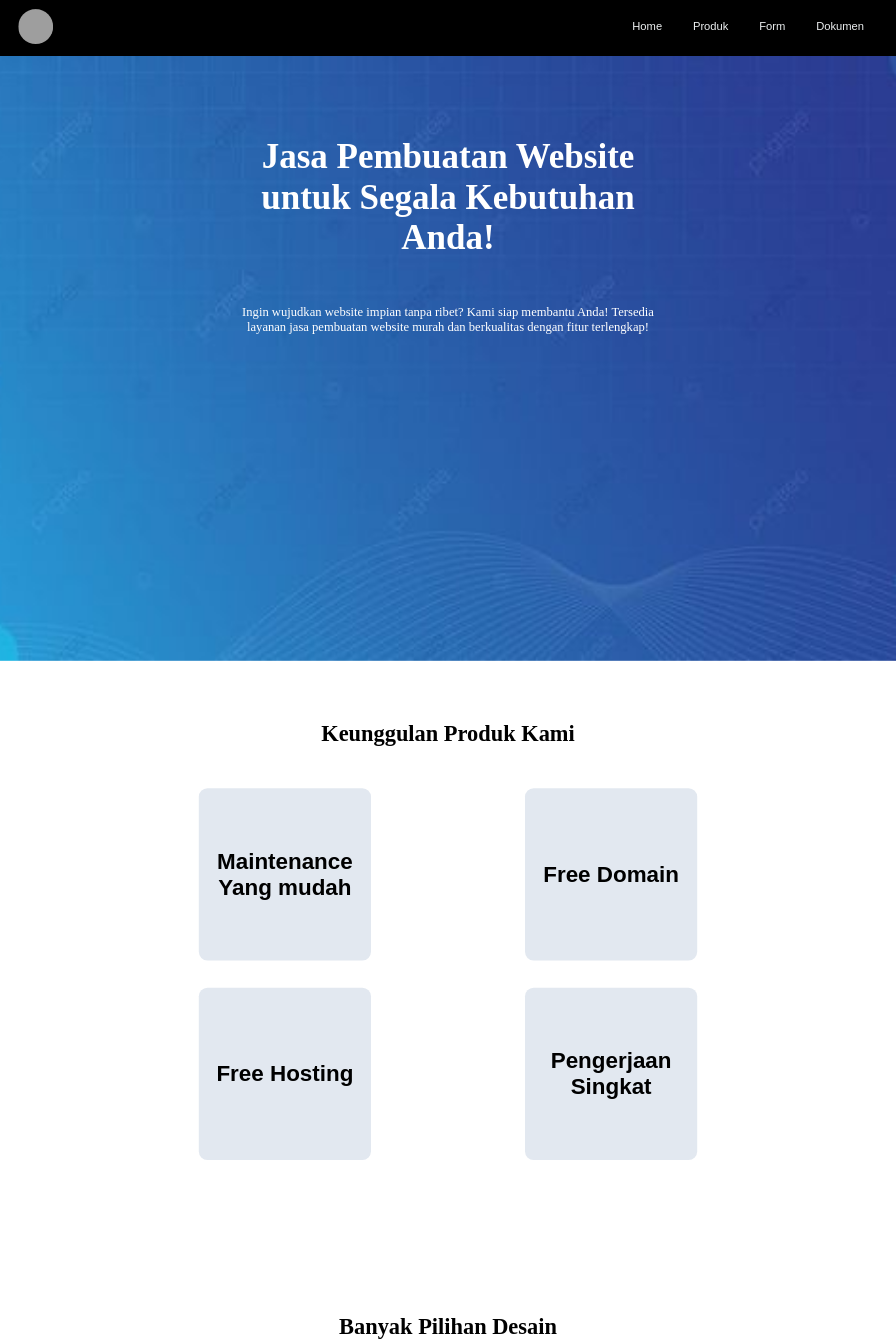
Repository: zecht12/TimModul
Page: TimModul.html
The author's editor kept a copy of each file at every save. The page is drawn from the files as they stood at one save, then again after the next save.
The browser window is 1280 px wide. The pictures show the part of the page from y = 0 to 1920 px (the page is 3920 px tall), at 70% of full size.
Pictures or frames that could not be fetched are drawn as grey boxes.

Above is the page before, as saved 2023-04-25 19:26:40.

### TimModul.html
<!DOCTYPE html>
<html lang="en">
<head>
    <meta charset="UTF-8">
    <meta http-equiv="X-UA-Compatible" content="IE=edge">
    <meta name="viewport" content="width=device-width, initial-scale=1.0">
    <link rel="stylesheet" href="style.css">
    <script src="script.js"></script>
    <title>Jasa Coding</title>
</head>
<body>
    <div style="height: 80px; width: 100%; background-color: black;">
        <header>
            <img src="./assets/wallpaper.jpg" alt="Image" style="height: 50px; width: 50px; border-radius: 100%;" >
            <ul class="nav_links">
                <li><a href="#">Home</a></li>
                <li><a href="#">Produk</a></li>
                <li><a href="#">Form</a></li>
                <li><a href="#">Dokumen</a></li>
            </ul>
        </headers>
    </div>
    <div style="background-image: url(./assets/bg.jpg); background-size: cover; background-position: top; width: 100%; height: 120vh; background-repeat: no-repeat; background-position: center;">
        <div style="display: flex; justify-content: space-around; align-items: center; padding: 5%; margin: auto; width: auto; height: auto;">
            <div style="height: auto; width: 15%; display: flex; justify-content: center; align-items: center;">

            </div>
            <div style="height: auto; width: 70%;">
                <div style=" display: flex; justify-content: center; align-items: start; margin: auto;">
                    <p style="text-align: center; color: white; font-size: 50px; font-weight: bold; width: 80%;">Jasa Pembuatan Website untuk Segala Kebutuhan Anda!</p>
                </div>
                <div style=" display: flex; justify-content: center; align-items: start; margin: auto;">
                    <p style="text-align: center; color: white; font-size: large; width: 80%; ">Ingin wujudkan website impian tanpa ribet? Kami siap membantu Anda! Tersedia layanan jasa pembuatan website murah dan berkualitas dengan fitur terlengkap!</p>
                </div>
            </div>
            <div style="height: auto; width: 15%; display: flex; justify-content: center; align-items: center;">

            </div>
        </div>
    </div>
    <div style="width: 100%; height: 120vh;">
        <h1 style="text-align: center; padding-top: 5%;">Keunggulan Produk Kami</h1>
        <div class="produk3" id="produk3" >
            <a href="" style="padding: 2%; background-color: #E2E8F0; border-radius: 5%; height: 200px; width: 200px; display: grid; justify-items: center; align-items: center;">
                <h1 style="text-align: center; color: black;">Maintenance Yang mudah</h1>
            </a>
            <a href="" style="padding: 2%; background-color: #E2E8F0; border-radius: 5%; height: 200px; width: 200px; display: grid; justify-items: center; align-items: center;">
                <h1 style="text-align: center; color: black;">Free Domain</h1>
            </a>
        </div>
        <div class="produk3" id="produk3" >
            <a href="" style="padding: 2%; background-color: #E2E8F0; border-radius: 5%; height: 200px; width: 200px; display: grid; justify-items: center; align-items: center;">
                <h1 style="text-align: center; color: black;">Free Hosting</h1>
            </a>
            <a href="" style="padding: 2%; background-color: #E2E8F0; border-radius: 5%; height: 200px; width: 200px; display: grid; justify-items: center; align-items: center;">
                <h1 style="text-align: center; color: black;">Pengerjaan Singkat</h1>
            </a>
        </div>
    </div>
    <div style="width: 100%; height: 120vh; padding-top: 2%;">
        <h1 style="text-align: center; font-size: xx-large; font: bolder;">Banyak Pilihan Desain</h1>
        <p style="text-align: center; font: caption;">Pilih satu dari puluhan desain yang tersedia</p>
        <div class="produk" id="produk" >
            <a href="" style="padding: 2%; background-color: #E2E8F0; border-radius: 5%; display: flex; justify-items: center; align-items: center;">
                <img src="./assets/web.jpeg" alt="Image" style="height: 150px; width: 250px;" >
            </a>
            <a href="" style="padding: 2%; background-color: #E2E8F0; border-radius: 5%; display: flex; justify-items: center; align-items: center;">
                <img src="./assets/web1.jpeg" alt="Image" style="height: 150px; width: 250px;" >
            </a>
            <a href="" style="padding: 2%; background-color: #E2E8F0; border-radius: 5%; display: flex; justify-items: center; align-items: center;">
                <img src="./assets/web2.jpg" alt="Image" style="height: 150px; width: 250px;" >
            </a>
        </div>
        <div class="produk1" id="produk1" >
            <a href="" style="padding: 2%; background-color: #E2E8F0; border-radius: 5%; display: flex; justify-items: center; align-items: center;">
                <img src="./assets/web3.jpg" alt="Image" style="height: 150px; width: 250px;" >
            </a>
            <a href="" style="padding: 2%; background-color: #E2E8F0; border-radius: 5%; display: flex; justify-items: center; align-items: center;">
                <img src="./assets/web4.jpg" alt="Image" style="height: 150px; width: 250px;" >
            </a>
            <a href="" style="padding: 2%; background-color: #E2E8F0; border-radius: 5%; display: flex; justify-items: center; align-items: center;">
                <img src="./assets/web5.jpg" alt="Image" style="height: 150px; width: 250px;" >
            </a>
        </div>
        <div class="produk2" id="produk2" >
            <a href="" style="padding: 2%; background-color: #E2E8F0; border-radius: 5%; display: flex; justify-items: center; align-items: center;">
                <img src="./assets/web6.jpg" alt="Image" style="height: 150px; width: 250px;" >
            </a>
            <a href="" style="padding: 2%; background-color: #E2E8F0; border-radius: 5%; display: flex; justify-items: center; align-items: center;">
                <img src="./assets/web7.jpg" alt="Image" style="height: 150px; width: 250px;" >
            </a>
        </div>
        <h1 style="text-align: center; font-size: xx-large; font: bolder;">Harga Mulai:</h1>
        <p style="text-align: center; font: caption;">Rp 800.000 - Rp 2.000.000</p>
        <p style="text-align: center; font: caption;">Checkout dengan mengisi form dibawah</p>
    </div>
    <h1 style="margin-top: 22%; text-align: center;">Pesan Website Kami</h1>
    <div class="forms" id="forms" >
        <form style=" padding-bottom: 8%; padding-left: 8%; padding-right: 8%; padding-top: 4%;">
            <div class="Formnama">
                <label for="Nama" class="Labelnama">Nama anda</label><br>
                <input type="text" id="Nama" name="Nama" class="Nama">
            </div>

            <div class="Formemail">
                <label for="Email" class="Labelemail">Email yang dapat dihubungi</label>
                <input type="text" id="Email" name="Email" class="Email">
            </div>

            <p for="Pilihan" class="Pilihan">Jasa yang dapat anda pilih</p>
            <div style="padding-bottom: 5%;">
                <input type="radio" id="FrontEnd" name="fav_language" value="FrontEnd">
                <label for="FrontEnd">FrontEnd Web</label>

                <input type="radio" id="BackEnd" name="fav_language" value="BackEnd">
                <label for="BackEnd">BackEnd Web</label>

                <input type="radio" id="FullStack" name="fav_language" value="FullStack">
                <label for="FullStack">FullStack Web</label><br>
            </div>

            <div>
                <p style="color: black; font-weight: bold; padding-bottom: 1%;">Keterangan Secara lengkap</p>
                <textarea></textarea>
            </div>

            <div style="display: flex; justify-content: center; align-items: center;">
                <input type="submit" value="Submit" class="Button">
            </div>
        </form>
    </div>
    <div style="display: flex; justify-content: center; align-items: center; width: 100%;">
        <table style="width: 80%; height: auto; border-collapse: collapse;">
            <tr>
                <th>Nama lengkap</th>
                <th>Email</th>
                <th>Jasa yang dipilih</th>
                <th>Keterangan Secara lengkap</th>
            </tr>
            <tr>
                <td></td>
                <td></td>
                <td></td>
                <td></td>
            </tr>
        </table>
    </div>
    <div style="height: 50px; width: 100%; background-color: black; justify-content: center; align-items: center;">
        <p style="color: white; text-align: center; padding-top: 20px;">&copy;2023 Tim Modul, Inc. All Rights Reserved</p>
    </div>
</body>
</html>

### style.css
body{
    height: auto;
    width: 100%;
    margin: auto;
    padding: auto;
}
header{
    display: flex;
    align-items: center;
    justify-content: space-between;
    padding-left: 2%;
    padding-right: 2%;
    padding-top: 1%;
}
li,a, button{
    font-family: "Montserrat", sans-serif;
    font-size: 16px;
    color: #edf0f1;
    text-decoration: none;
}
.produk{
    padding-left: 5%;
    padding-right: 5%;
    padding-top: 3%;
    display: flex;
    justify-content: space-around;
    align-items: center;
}
.produk1{
    padding-left: 5%;
    padding-right: 5%;
    padding-top: 3%;
    display: flex;
    justify-content: space-around;
    align-items: center;
}
.produk2{
    padding-left: 5%;
    padding-right: 5%;
    padding-top: 3%;
    display: flex;
    justify-content: space-evenly;
    align-items: center;
}
.produk3{
    padding-left: 5%;
    padding-right: 5%;
    padding-top: 3%;
    display: flex;
    justify-content: space-evenly;
    align-items: center;
}
.produk a:hover{
    transform: scale(110%);
}
.produk1 a:hover{
    transform: scale(110%);
}
.produk2 a:hover{
    transform: scale(110%);
}
.nav_links{
    list-style: none;
}
.nav_links li{
    display: inline-block;
    padding: 0px 20px;
}
.nav_links li a:hover{
    color: #0088a9;
}
.forms{
    height: auto;
    width: 100%;
    display: flex;
    justify-content: center;
    align-items: flex-start;
    padding-top: 1%;
    padding-bottom: 5%;
}
th{
    height: 30px;
    text-align: center;
    color: black;
    font: bold;
    border-style:solid;
    border-color: black;
    padding: 1%;
}
td{
    padding: 1%;
    height: 50px;
    text-align: center;
    color: black;
    border-style:solid;
    border-color: black;
}
label {
    color: black;
    font-weight: bold;
    width: 130px;
}
.Button {
    padding: 10px;
    border: 1px solid black;
    background-color:aliceblue;
    border-radius: 5px;
    font: inherit;
    cursor: pointer;
}
.Button:hover{
    border: 1px solid #0088a9;
    background-color:#0088a9;
    cursor: pointer;
}
.Pilihan{
    margin: auto;
    padding-top: 3%;
    padding-bottom: 20px;
    font-weight: bold;
    color: black;
}
.Nama{
    width: 100%;
    height: 20px;
    margin-top: 2%;
}
.Email{
    width: 100%;
    height: 20px;
    margin-top: 2%;
}
.Formemail{
    padding-top: 5%;
}
textarea{
    width: 100%;
    height: 100px;
    margin-bottom: 5%;
}

Loaded but not shown: script.js (no copy from this time; the picture is the same without it)

After the next save:
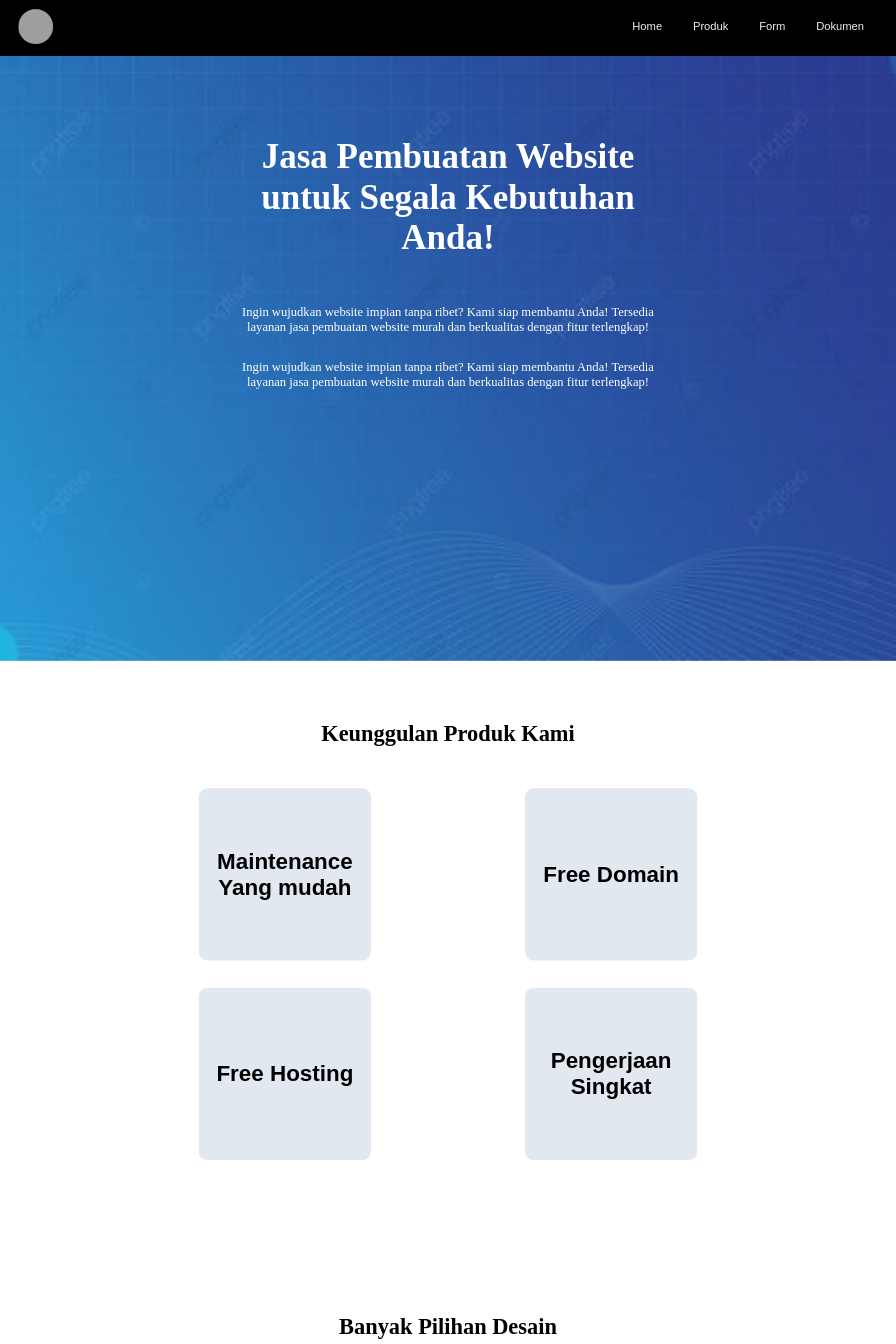
Saved 13 s later.
--- a/TimModul.html
+++ b/TimModul.html
@@ -28,6 +28,9 @@
             <div style="height: auto; width: 70%;">
                 <div style=" display: flex; justify-content: center; align-items: start; margin: auto;">
                     <p style="text-align: center; color: white; font-size: 50px; font-weight: bold; width: 80%;">Jasa Pembuatan Website untuk Segala Kebutuhan Anda!</p>
+                </div>
+                <div style=" display: flex; justify-content: center; align-items: start; margin: auto;">
+                    <p style="text-align: center; color: white; font-size: large; width: 80%; ">Ingin wujudkan website impian tanpa ribet? Kami siap membantu Anda! Tersedia layanan jasa pembuatan website murah dan berkualitas dengan fitur terlengkap!</p>
                 </div>
                 <div style=" display: flex; justify-content: center; align-items: start; margin: auto;">
                     <p style="text-align: center; color: white; font-size: large; width: 80%; ">Ingin wujudkan website impian tanpa ribet? Kami siap membantu Anda! Tersedia layanan jasa pembuatan website murah dan berkualitas dengan fitur terlengkap!</p>
